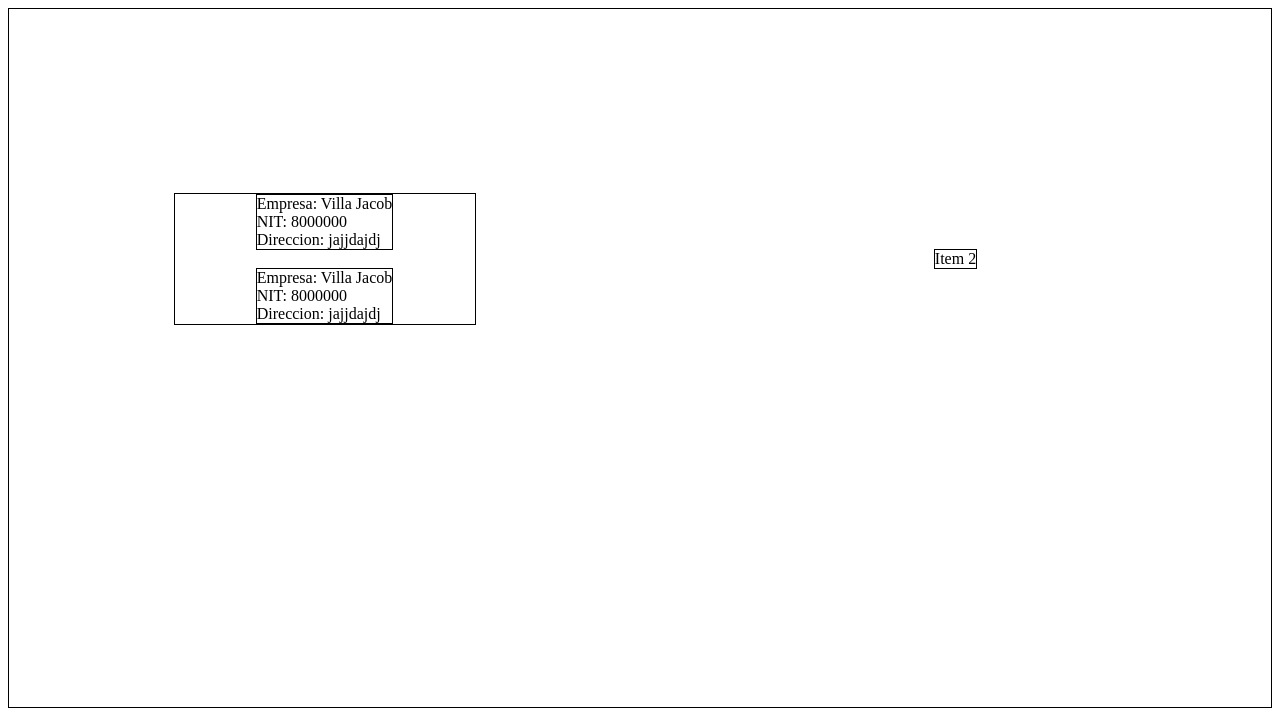
Repository: MrVanQish/FacturaEstructura
Page: index.html
These files come from the project's save history. The page is drawn as it stood at one moment and after a run of saves; the edit follows.
The browser window is 1280 px wide. The pictures show the whole page.

Above is the page before, as saved 2021-09-29 09:11:59.

After the next 3 saves:
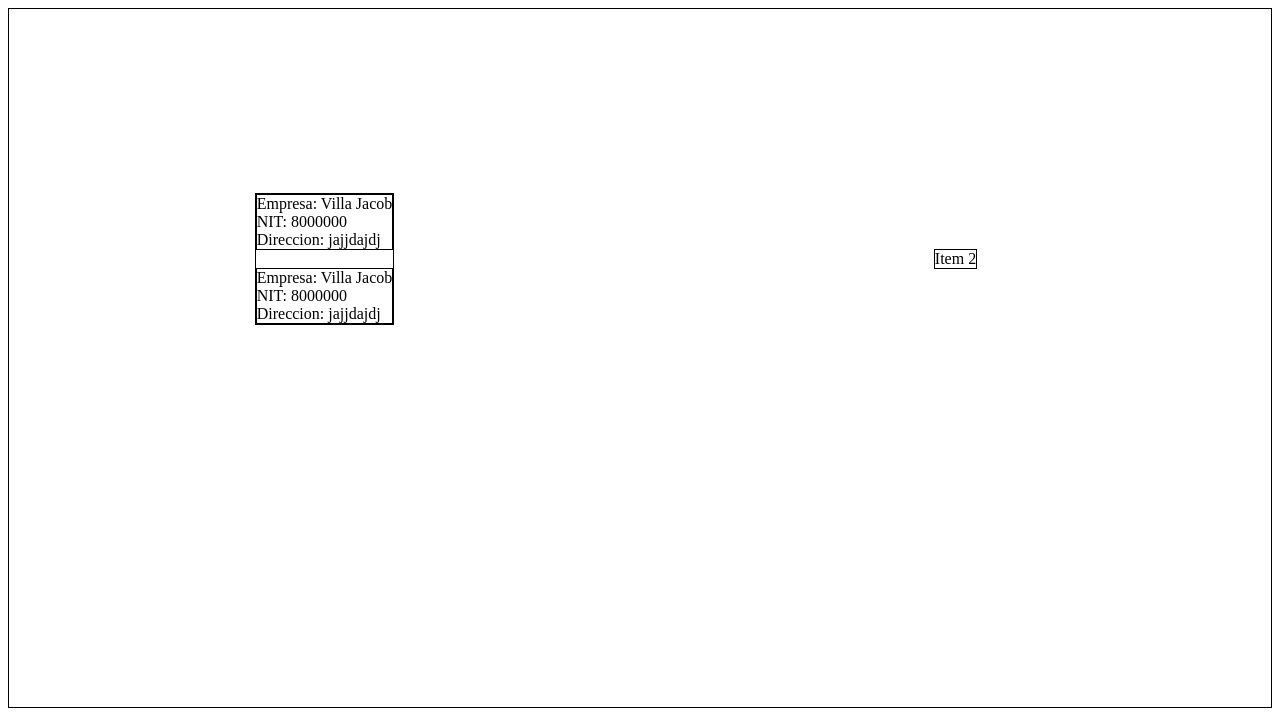
The 3 saves are shown as one change because they came seconds apart.
The last was saved 14 s later.
--- a/styles.css
+++ b/styles.css
@@ -9,16 +9,14 @@
   }
 
   .factura1 {
-    width: 300px;
     display: grid;
     grid-area: f1;
     align-self: center;
     border: 1px solid #000;
     justify-self: center;
     grid-template-areas:
-      "header-f
-      body-f
-      table-f" ;
+      "header-f"
+      "body-f table-f" ;
   }
 
   .factura2 {

After the 6 saves that followed:
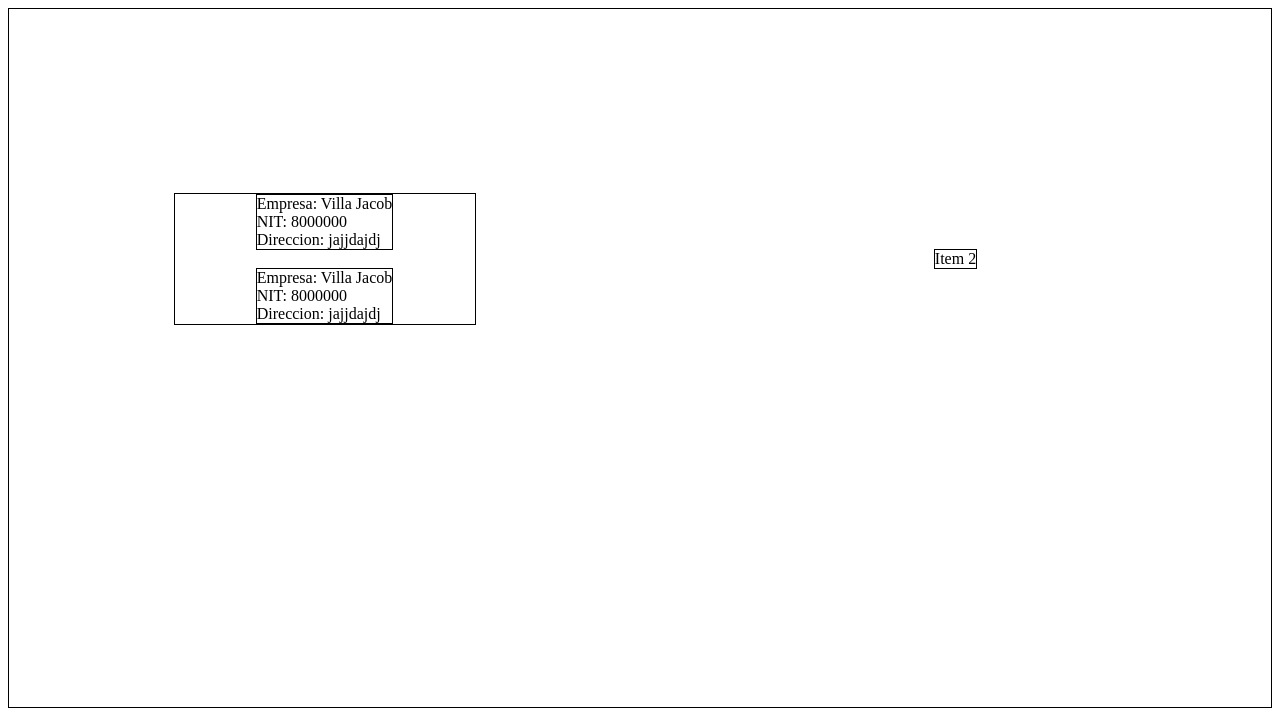
The 6 saves are shown as one change because 2 left the picture as it was and some came seconds apart.
The last was saved 46 s later.
--- a/styles.css
+++ b/styles.css
@@ -9,13 +9,14 @@
   }
 
   .factura1 {
+      width: 300px;
     display: grid;
     grid-area: f1;
     align-self: center;
     border: 1px solid #000;
     justify-self: center;
     grid-template-areas:
-      "header-f"
+      "header-f body-f"
       "body-f table-f" ;
   }
 
